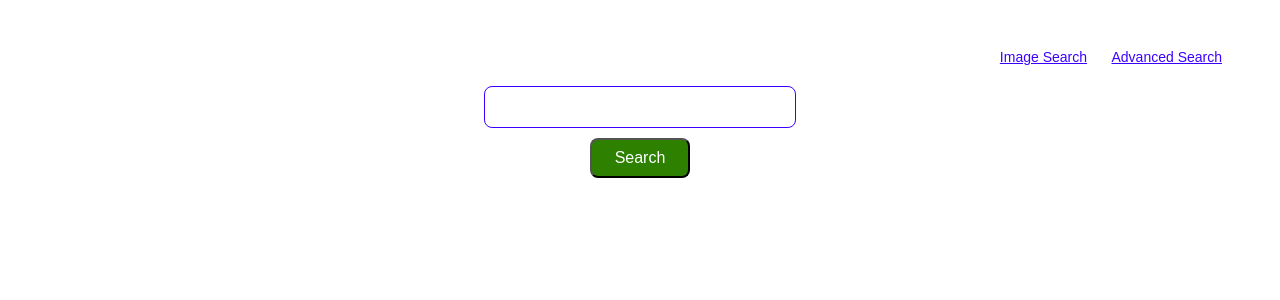
Repository: lyutok/cs50-search-project
Page: google.html
The author's editor kept a copy of each file at every save. The page is drawn from the files as they stood at one save, then again after the next save.
The browser window is 1280 px wide. The pictures show the whole page.
The style sheet was rebuilt from its Sass, Less or Tailwind sources for each picture, by a compiler version that may differ from the author's.

Above is the page before, as saved 2025-07-05 19:21:35.

After the next save:
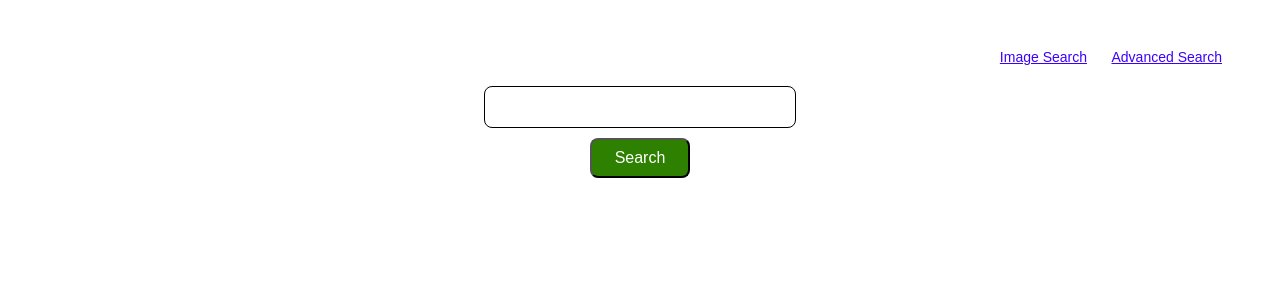
Saved 52 s later.
--- a/styles.scss
+++ b/styles.scss
@@ -21,7 +21,7 @@ input {
     width: 300px;
     height: 30px;
     border-radius: 8px;
-    border: 1px solid $color;
+    border: 1px solid;
     padding: 5px;
     font-size: 16px;
 }
